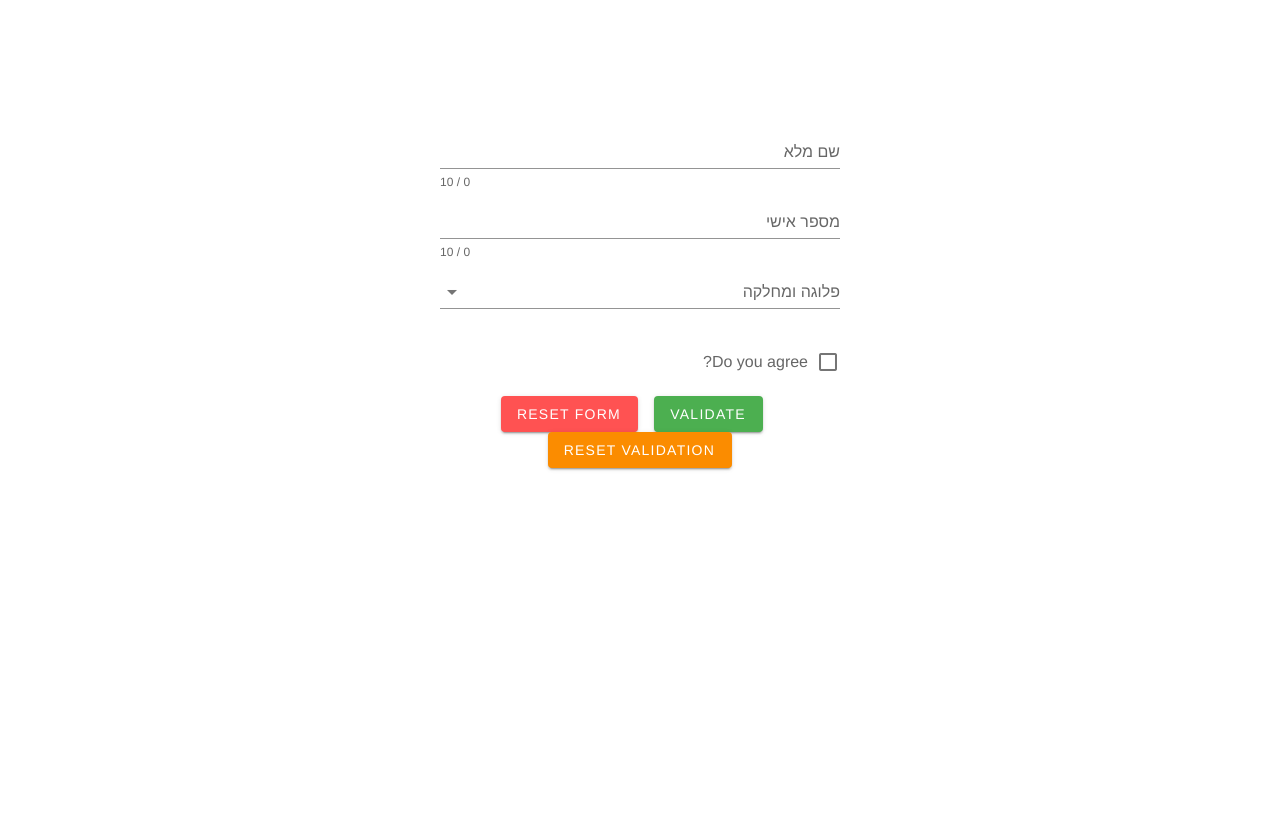
Repository: Natanhel/klitat-tash
Page: /
An editor plug-in stored every save of this project. The page is shown before and after the next save, followed by the edit.
The browser window is 1280 px wide. The pictures show the whole page.
The page's requests for data from a server got no answer. The project was rebuilt for these pictures with package versions that can differ from the ones it lists, and the page was loaded fresh each time. No one was signed in, and anything a server would have sent is missing. Also part of the build but not shown: vue.config.js.

Above is the page before, as saved 2020-12-01 16:59:40.

After the next save:
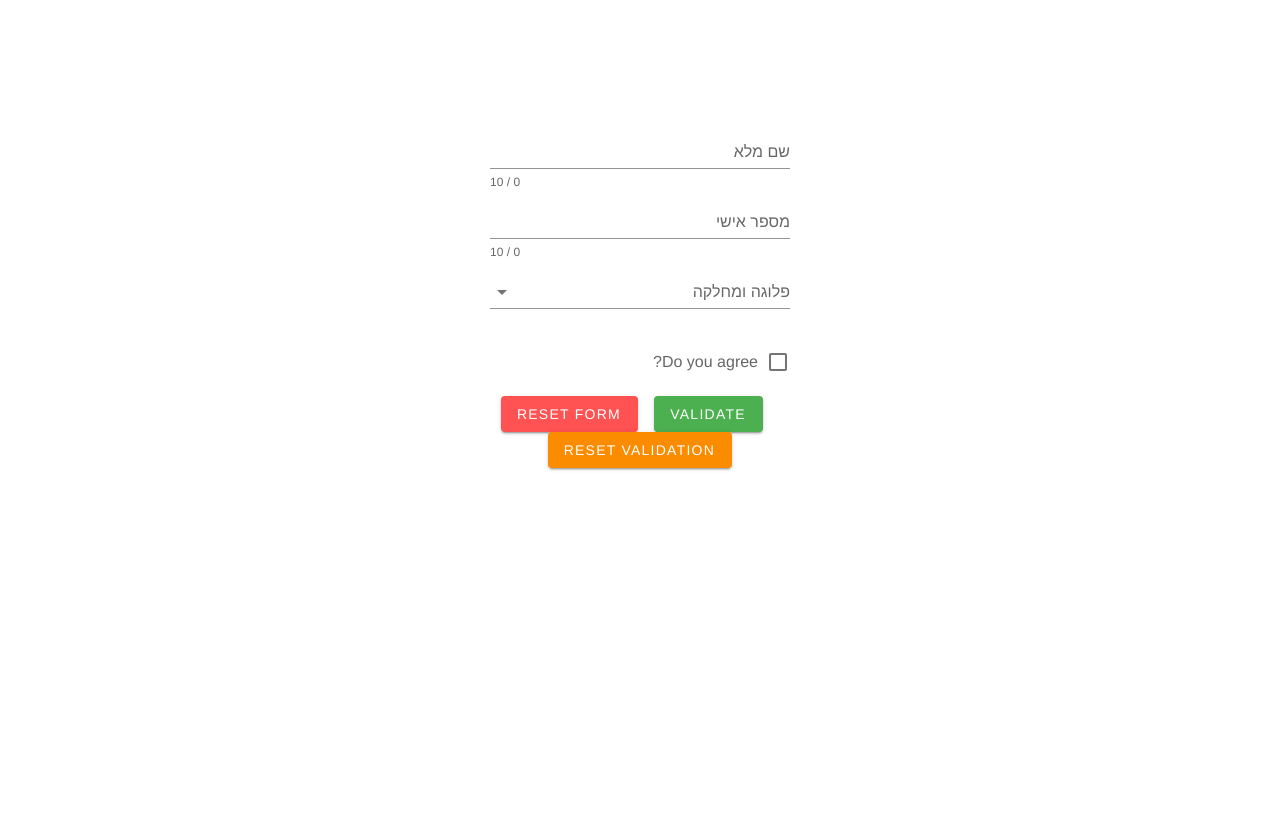
Saved 13 s later.
--- a/src/App.vue
+++ b/src/App.vue
@@ -135,7 +135,7 @@ export default {
 
 form
 {
-  width: 400px;
+  width: 300px;
 }
 
 #app
